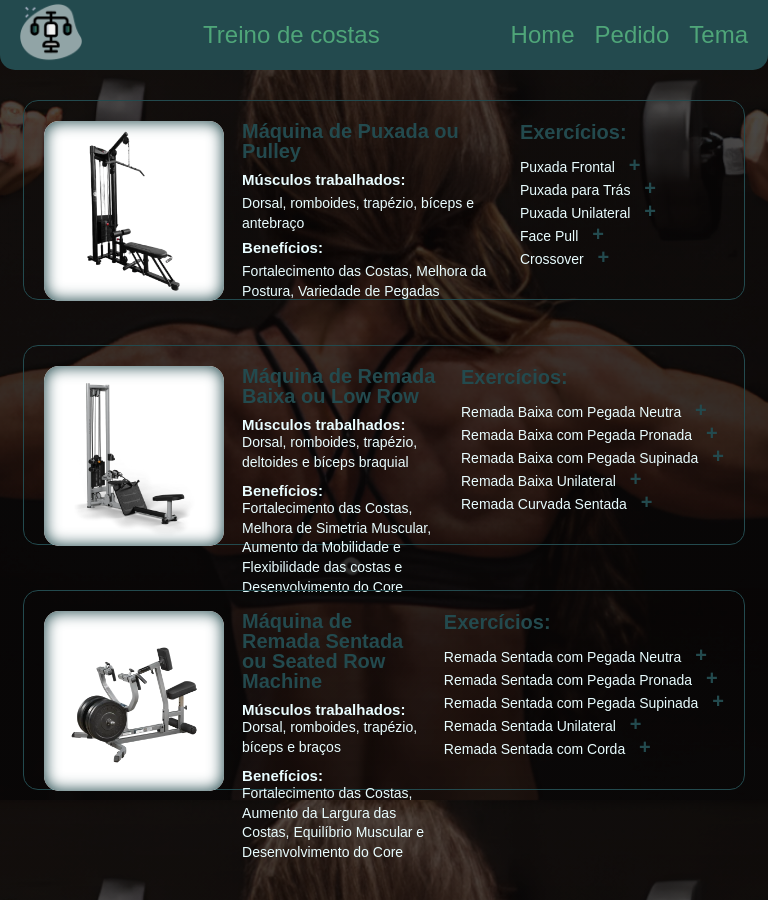
Repository: Marinalr-25/Projeto-Aparelhos-de-Academia
Page: costas.html
An editor plug-in stored every save of this project. The page is shown before and after the next save, followed by the edit.
The browser window is 768 px wide. The pictures show the whole page.
Backgrounds fixed to the window are drawn as part of the page.

Above is the page before, as saved 2025-01-06 16:59:28.
Console error: TypeError: Cannot read properties of null (reading 'addEventListener')

After the next save:
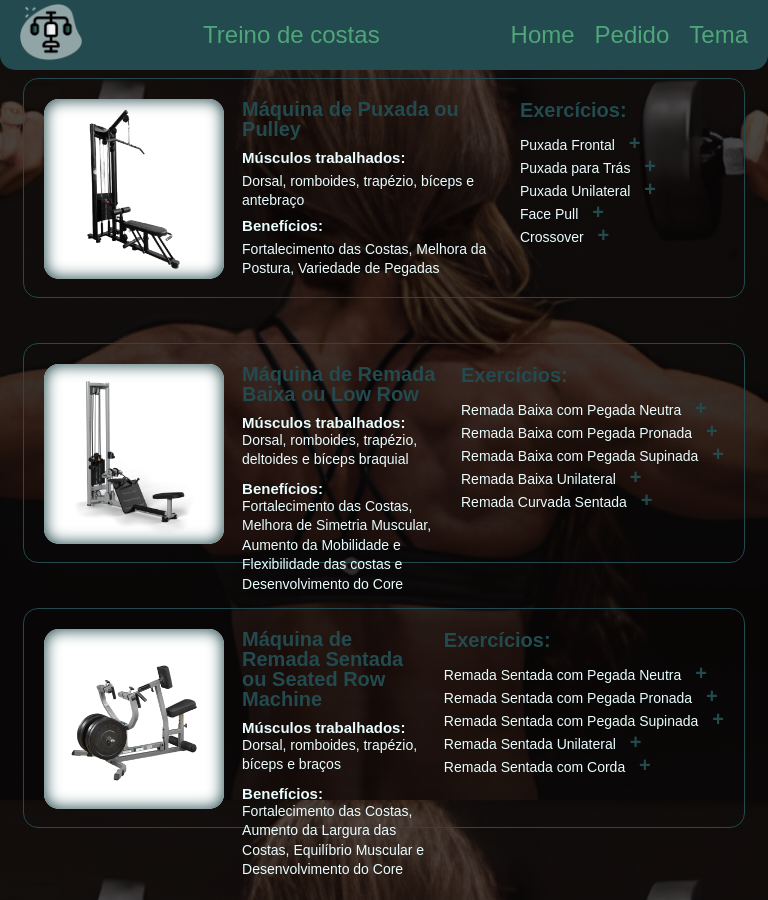
Saved 40 s later.
--- a/css/media-990.css
+++ b/css/media-990.css
@@ -6,7 +6,7 @@
       & .container {
         & .maquinas {
           width: 94vw;
-          height: 20rem;
+          height: 22rem;
           gap: 1.8rem;
 
           & .img-maquinas {
